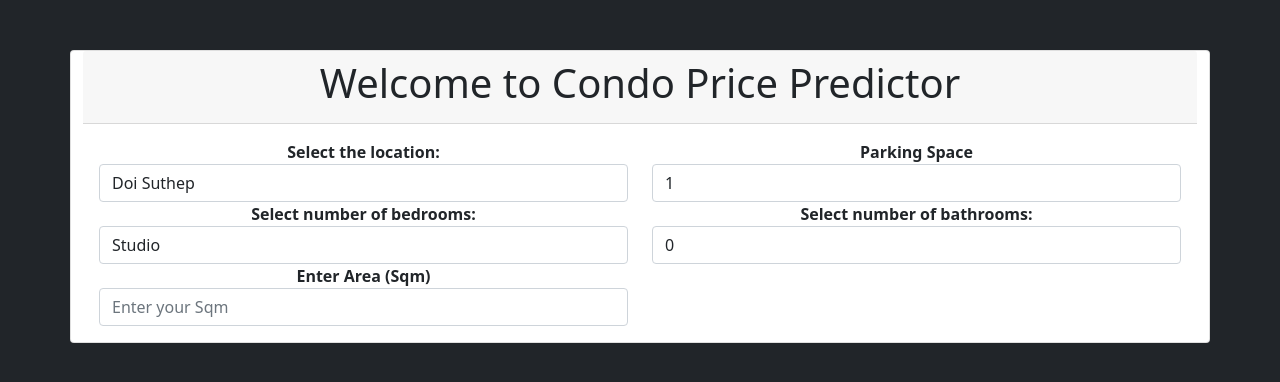
Repository: myothida/condoprice_CNX
Page: http://localhost/
The author's editor kept a copy of each file at every save. The page is drawn from the files as they stood at one save, then again after the next save.
The browser window is 1280 px wide. The pictures show the whole page.
The page is served by the project's application, run on Flask 3 (main.py).

Above is the page before, as saved 2023-09-26 22:04:27.

### templates/index.html
<!DOCTYPE html>
<html lang="en">
  <head>
    <!-- Required meta tags -->
    <meta charset="utf-8" />
    <meta name="viewport" content="width=device-width, initial-scale=1" />

    <!-- Bootstrap CSS -->
    <link
      href="https://cdn.jsdelivr.net/npm/bootstrap@5.0.2/dist/css/bootstrap.min.css"
      rel="stylesheet"
      integrity="sha384-EVSTQN3/azprG1Anm3QDgpJLIm9Nao0Yz1ztcQTwFspd3yD65VohhpuuCOmLASjC"
      crossorigin="anonymous"
    />

    <title>Condo Price Predictor</title>
  </head>
  <body class="bg-dark">
    <div class="container">
      <div class="row">
        <div class="card" style="width: 100%; height: 100%; margin-top: 50px">
          <div class="card-header" style="text-align: center">
            <h1>Welcome to Condo Price Predictor</h1>
          </div>
          <div class="card-body">
            <form method="post" accept-charset="utf-8">
              <div class="row">
                <div class="col-md-6 form-group" style="text-align: center">
                  <label><b> Select the location: </b> </label>
                  <select
                    class="selectpicker form-control"
                    id="location"
                    name="location"
                    require="1"
                  >
                    <option>Doi Suthep</option>
                    <option>Faham</option>
                    <option>Muang</option>
                    <option>Nimman</option>
                    <option>Chang phueak</option>
                  </select>
                </div>

                <div class="col-md-6 form-group" style="text-align: center">
                  <label><b> Parking Space </b> </label>
                  <select
                    class="selectpicker form-control"
                    id="parking"
                    name="parking"
                    require="1"
                  >
                    <option>1</option>
                    <option>2</option>
                    <option>3</option>
                  </select>
                </div>
                <div class="col-md-6 form-group" style="text-align: center">
                  <label><b> Select number of bedrooms: </b> </label>
                  <select
                    class="selectpicker form-control"
                    id="bedrooms"
                    name="bedrooms"
                  >
                    <option>Studio</option>
                    <option>1</option>
                    <option>2</option>
                    <option>3</option>
                  </select>
                </div>
                <div class="col-md-6 form-group" style="text-align: center">
                  <label><b> Select number of bathrooms: </b> </label>
                  <select
                    class="selectpicker form-control"
                    id="bathrooms"
                    name="bathrooms"
                  >
                    <option>0</option>
                    <option>1</option>
                    <option>2</option>
                    <option>3</option>
                  </select>
                </div>
                <div class="col-md-6 form-group" style="text-align: center">
                  <label><b> Enter Area (Sqm) </b> </label>
                  <input
                    type="text"
                    class="form-control"
                    id="Area"
                    name="Area"
                    placeholder="Enter your Sqm"
                  />
                </div>
              </div>
            </form>
          </div>
        </div>
      </div>
    </div>
  </body>
</html>

<!-- Option 2: Separate Popper and Bootstrap JS -->

<script
  src="https://cdn.jsdelivr.net/npm/@popperjs/core@2.9.2/dist/umd/popper.min.js"
  integrity="sha384-IQsoLXl5PILFhosVNubq5LC7Qb9DXgDA9i+tQ8Zj3iwWAwPtgFTxbJ8NT4GN1R8p"
  crossorigin="anonymous"
></script>
<script
  src="https://cdn.jsdelivr.net/npm/bootstrap@5.0.2/dist/js/bootstrap.min.js"
  integrity="sha384-cVKIPhGWiC2Al4u+LWgxfKTRIcfu0JTxR+EQDz/bgldoEyl4H0zUF0QKbrJ0EcQF"
  crossorigin="anonymous"
></script>

### main.py
from flask import Flask, render_template, request

app = Flask(__name__)


@app.route('/')
def index():
    return render_template('index.html')


if __name__ == "__main__":
    app.run(debug=True, port=5001)

After the next save:
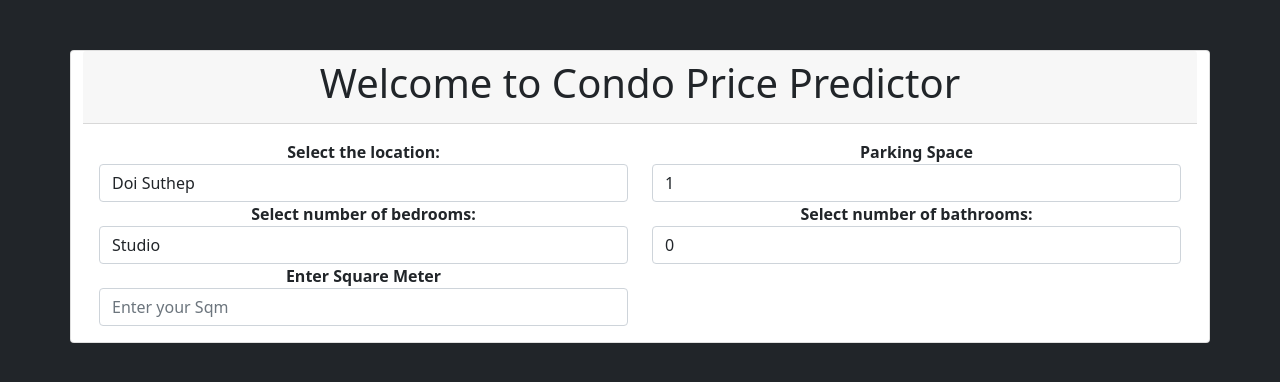
Saved 60 s later.
--- a/templates/index.html
+++ b/templates/index.html
@@ -81,7 +81,7 @@
                   </select>
                 </div>
                 <div class="col-md-6 form-group" style="text-align: center">
-                  <label><b> Enter Area (Sqm) </b> </label>
+                  <label><b> Enter Square Meter </b> </label>
                   <input
                     type="text"
                     class="form-control"
